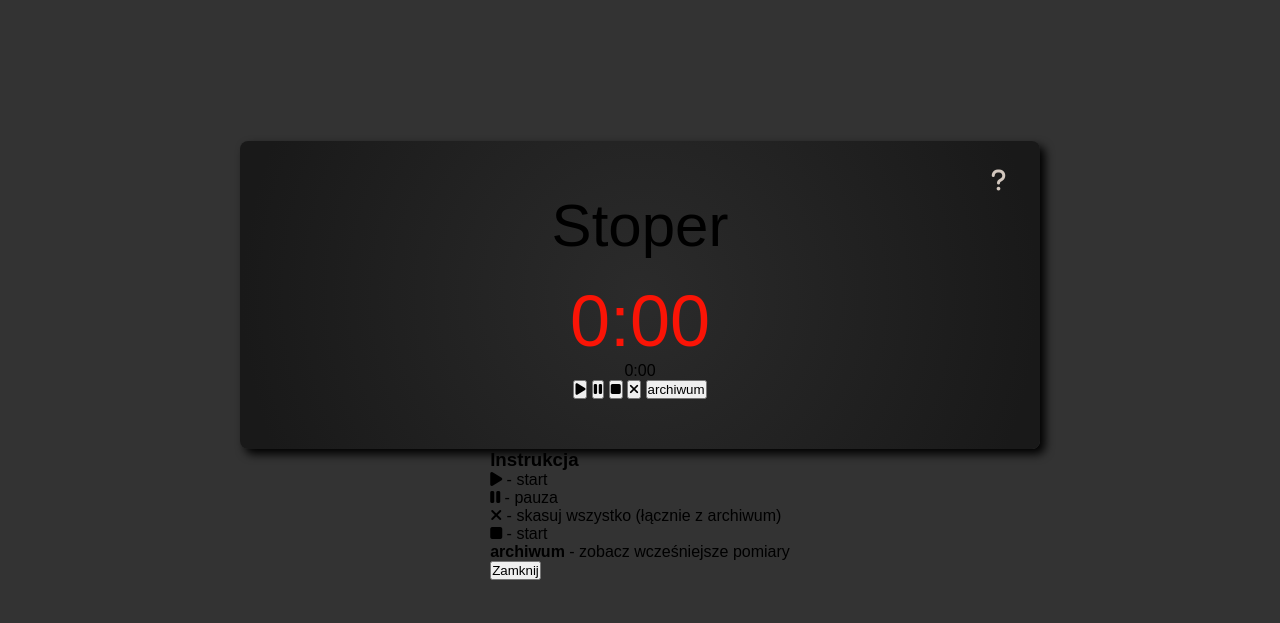
Repository: KrzysKolo/Projekt-5_Stoper
Page: index.html
These files come from the project's save history. The page is drawn as it stood at one moment and after the next save; the edit follows.
The browser window is 1280 px wide. The pictures show the whole page.
Some web fonts or font styles are not loaded; a fallback is used. Some web libraries are served in a nearby version.

Above is the page before, as saved 2020-07-05 17:03:03.

### index.html
<!DOCTYPE html>
<html lang="en">
  <head>
    <meta charset="UTF-8" />
    <meta name="viewport" content="width=device-width, initial-scale=1.0" />
    <title>Stoper</title>
    <script
      src="https://kit.fontawesome.com/21efeaf281.js"
      crossorigin="anonymous"
    ></script>
    <link
      href="https://fonts.googleapis.com/css2?family=Montserrat+Subrayada&display=swap"
      rel="stylesheet"
    />
    <link rel="stylesheet" href="./css/style.css" />
  </head>
  <body>
    <div class="wrapper">
      <p class="info">
        <i class="fa fa-question" aria-hidden="true"></i>
      </p>
      <h1>Stoper</h1>
      <p class="stopwatch">0:00</p>
      <p class="time">0:00</p>

      <div class="buttons">
        <button class="start"><i class="fas fa-play"></i></button>
        <button class="pouse"><i class="fas fa-pause"></i></button>
        <button class="stop"><i class="fas fa-stop"></i></button>
        <button class="restart"><i class="fas fa-times"></i></button>
        <button class="history">archiwum</button>
      </div>
      <ul class="time-list"></ul>
    </div>
    <div class="modal-shadow">
      <div class="modal"></div>
      <h3>Instrukcja</h3>
      <p><i class="fas fa-play"></i> - start</p>
      <p><i class="fas fa-pause"></i> - pauza</p>
      <p><i class="fas fa-times"></i> - skasuj wszystko (łącznie z archiwum)</p>
      <p><i class="fas fa-stop"></i> - start</p>
      <p><strong>archiwum</strong> - zobacz wcześniejsze pomiary</p>
      <button class="close">Zamknij</button>
    </div>
    <script src="./js/index.js"></script>
  </body>
</html>

### css/style.css
* {
  box-sizing: border-box;
  padding: 0;
  margin: 0;
}
:root {
  --first-color: #fa1406;
  --second-color: #d2c7be;
}
body {
  display: flex;
  justify-content: center;
  align-items: center;
  flex-direction: column;
  min-height: 100vh;
  font-family: "Montserrat Subrayada", sans-serif;
  background-color: #333333;
}
.wrapper {
  position: relative;
  display: flex;
  justify-content: center;
  align-items: center;
  flex-direction: column;
  padding: 50px;
  width: 800px;
  background-image: radial-gradient(
    circle,
    rgb(43, 43, 43) 0%,
    rgb(25, 25, 25) 93%
  );
  border-radius: 8px;
  box-shadow: 5px 5px 10px black;
}
.info {
  position: absolute;
  top: 6px;
  right: 14px;
  padding: 20px;
  font-size: 24px;
  clear: both;
  color: var(--second-color);
  cursor: pointer;
  transition: color 0.3s;
}
.info:hover {
  color: var(--first-color);
}
h1 {
  margin-bottom: 20px;
  font-size: 60px;
  font-weight: lighter;
}
.stopwatch {
  font-size: 72px;
  color: var(--first-color);
}

Loaded but not shown: js/index.js (no stored copy; drawn as an empty file)

After the next save:
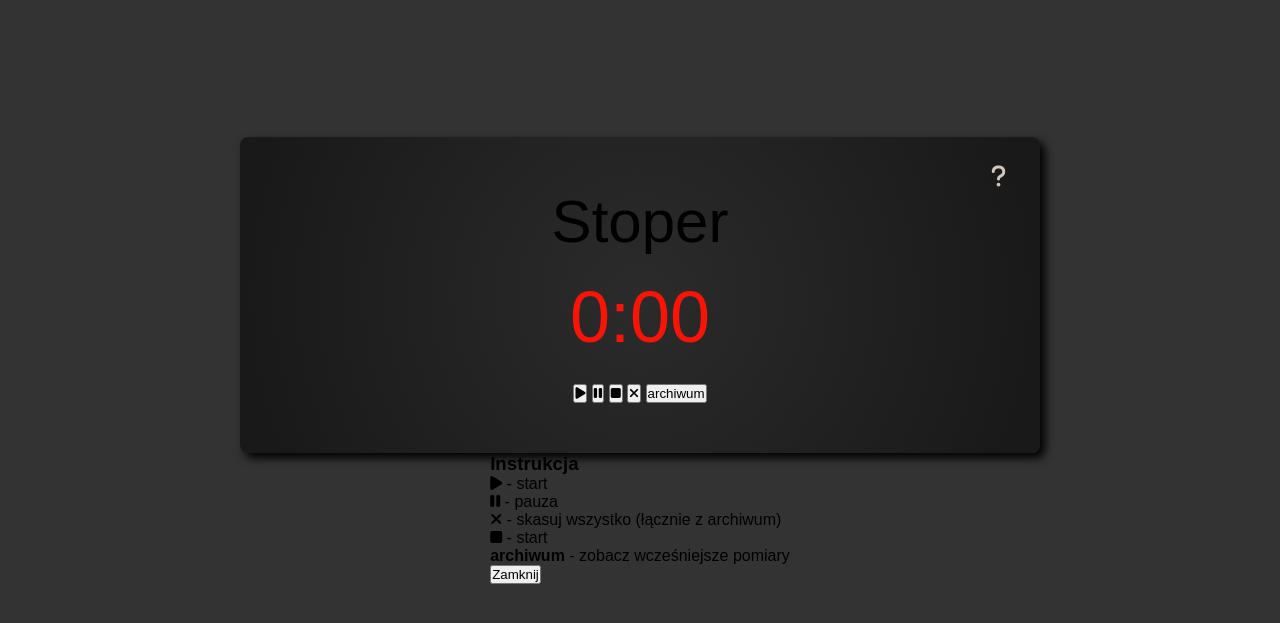
Saved 42 s later.
--- a/css/style.css
+++ b/css/style.css
@@ -55,3 +55,8 @@ h1 {
   font-size: 72px;
   color: var(--first-color);
 }
+.time {
+  visibility: hidden;
+  color: var(--second-color);
+  font-size: 22px;
+}
